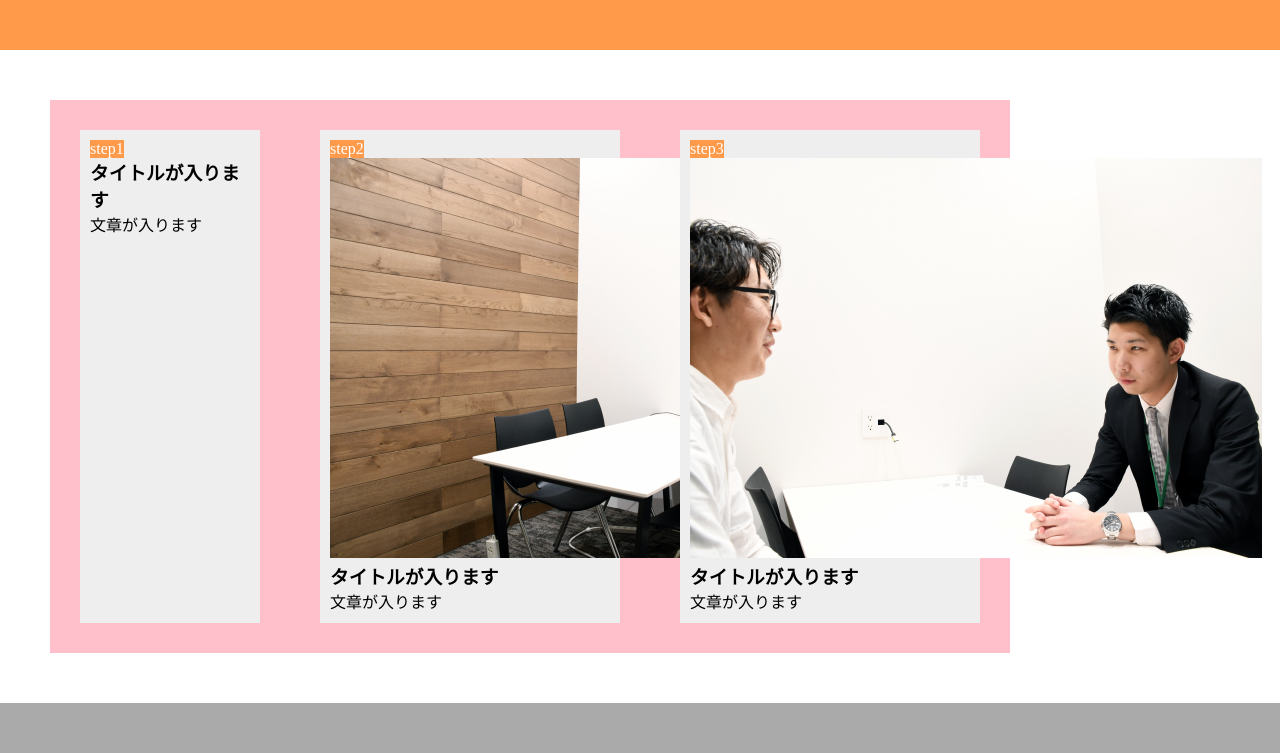
Repository: shizuki-okuma/dmm-webcamp
Page: chapter9_exercise/chapter9_exercise.html
The author's editor kept a record of every edit. The page is drawn from the files as they stood at one moment, then again after the next edit.
The browser window is 1280 px wide. The pictures show the whole page.

Above is the page before.

### chapter9_exercise/chapter9_exercise.html
<!DOCTYPE html>
<html lang="ja">
  <head>
    <meta charset="UTF-8" />
    <!-- CSSファイルの読み込み -->
    <link rel="stylesheet" href="style9.css" />
    <title>chapter9_exercise</title>
  </head>

  <body>
    <div class="header"></div>
    <div class="main-visual">
      <div class="main-box1">
        <div class="icon">step1</div>
        <h3>タイトルが入ります</h3>
        <p>文章が入ります</p>

      </div>

      <div class="main-box2">
        <div class="icon">step2</div>
        <img class="image" src="img/flow02.png"/>
        <div class="image"></div>
        <h3>タイトルが入ります</h3>
        <p>文章が入ります</p>

      </div>

      <div class="main-box3">
        <div class="icon">step3</div>
        <img class="image" src="img/flow03.png"/>
        <div class="image"></div>
        <h3>タイトルが入ります</h3>
        <p>文章が入ります</p>

      </div>
    </div>
    <footer>

    </footer>

  </body>
</html>

### chapter9_exercise/style9.css
* {
  margin: 0;
  padding: 0;
  box-sizing: border-box;
}

.header {
  background-color: #FF9A4B;
  height: 50px;
}
.main-visual {
  width: 960px;
  background-color: pink;
  display: flex;
  justify-content: center;
  margin: 50px;
}

.icon {
  background-color: #FF9A4B;
  display: inline-block;
  color: white;
}
.heading {
  margin-top: 15px;
  margin-bottom: 5px;
}
.main-box1 {
  width: 300px;
  background-color: #EEEEEE;
  margin: 30px;
  padding: 10px;


}
.image1 {
  background-image: url(img/flow01.png);
  background-size: cover;
  background-position: center;
  height: 150px;
}
.main-box2 {
  width: 300px;
  background-color: #EEEEEE;
  margin: 30px;
  padding: 10px;
}
.image2 {
  background-image: url(img/flow02.png);
  background-size: cover;
  background-position: center;
  height: 150px;
}
.main-box3 {
  width: 300px;
  background-color: #EEEEEE;
  margin: 30px;
  padding: 10px;
}

.image3 {
  height: 150px;
  background-image: url(img/flow03.png);
  background-size: cover;
  background-position: center;

}
footer {
  background-color: #AAAAAA;
  height: 50px;
}

After the next edit:
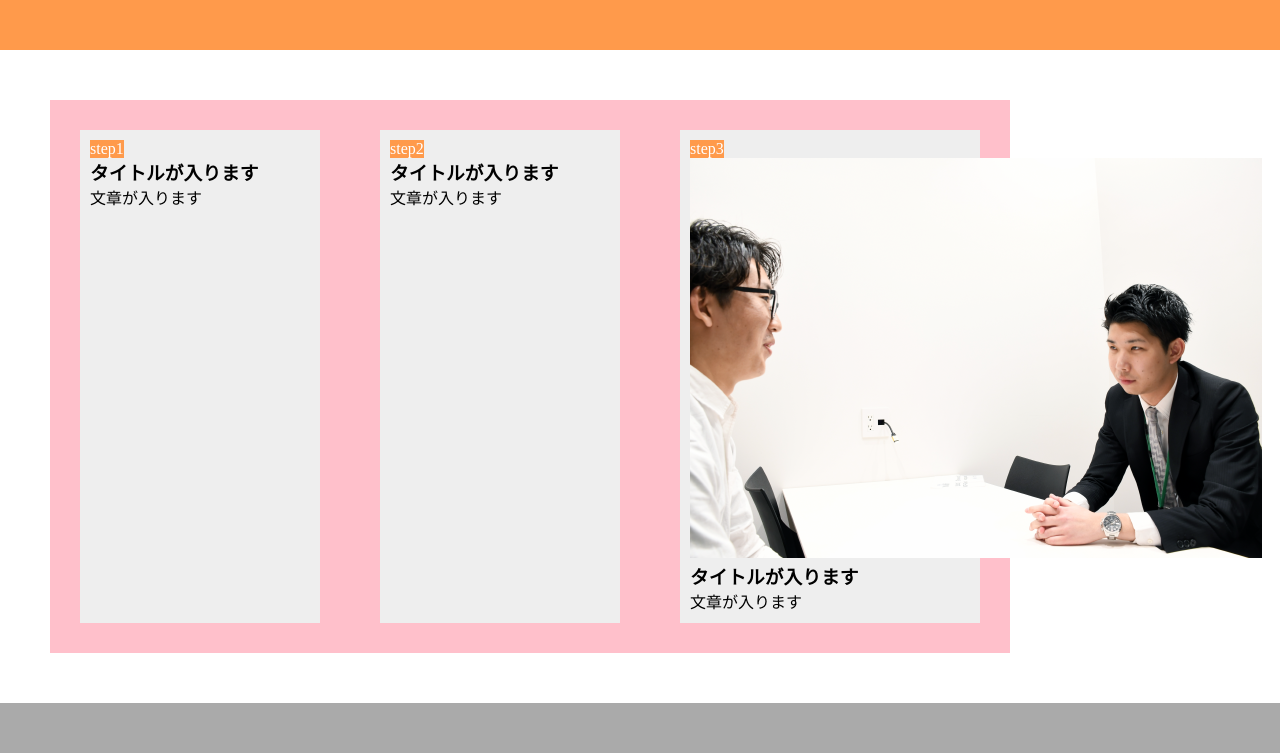
The edit:
--- a/chapter9_exercise/chapter9_exercise.html
+++ b/chapter9_exercise/chapter9_exercise.html
@@ -19,8 +19,6 @@
 
       <div class="main-box2">
         <div class="icon">step2</div>
-        <img class="image" src="img/flow02.png"/>
-        <div class="image"></div>
         <h3>タイトルが入ります</h3>
         <p>文章が入ります</p>
 
